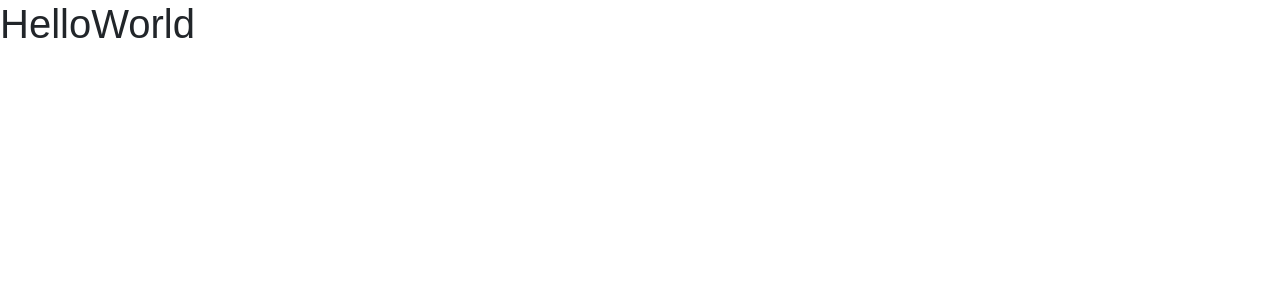
Repository: arehmanraza/lawyer_website
Page: Pages/index.html
An editor plug-in stored every save of this project. The page is shown before and after a run of saves, followed by the edit.
The browser window is 1280 px wide. The pictures show the whole page.

Above is the page before, as saved 2024-05-22 00:48:33.

After the next 3 saves:
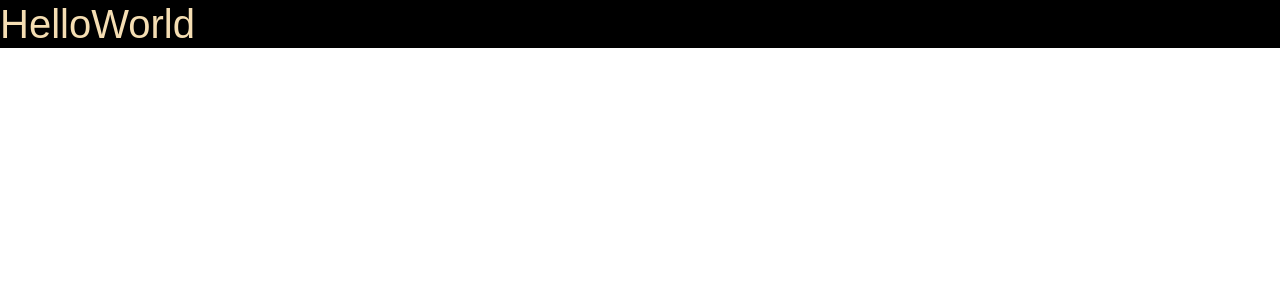
The 3 saves are shown as one change because they came seconds apart.
The last was saved 13 s later.
--- a/Styling/style.css
+++ b/Styling/style.css
@@ -5,5 +5,6 @@
     font-family: Arial, Helvetica, sans-serif, "Montserrat";
 }
 .main-container{
-
+    background-color: black;
+    color: wheat;
 }
